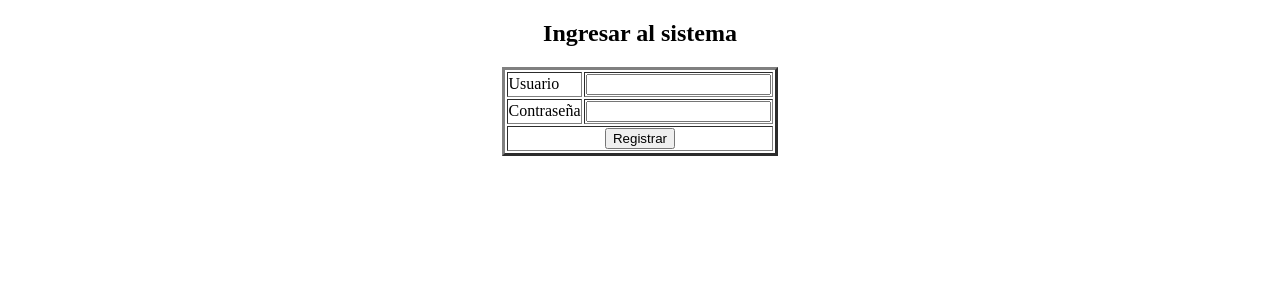
Repository: NayshaOCruz98/CL2ORTIZ
Page: http://localhost/LPII_CL2_ORTIZCRUZNAYSHA/
An editor plug-in stored every save of this project. The page is shown before and after the next save, followed by the edit.
The browser window is 1280 px wide. The pictures show the whole page.
The page is served by Tomcat 9.

Above is the page before, as saved 2023-10-24 20:12:43.

After the next save:
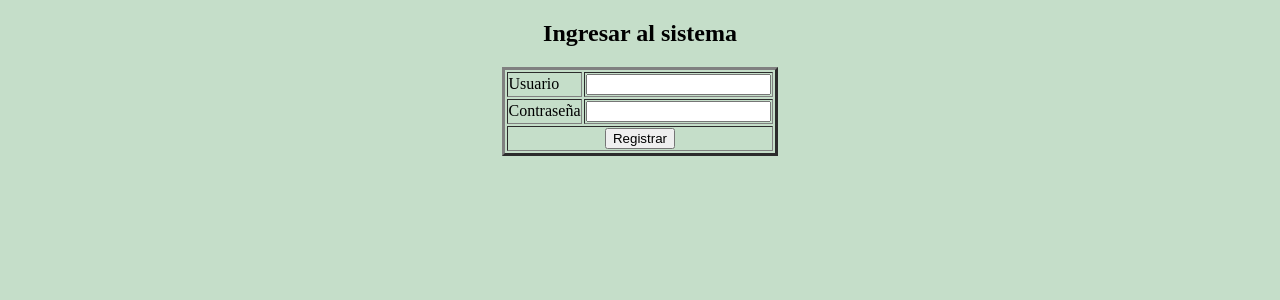
Saved 80 s later.
--- a/LPII_CL2_ORTIZCRUZNAYSHA/src/main/webapp/index.jsp
+++ b/LPII_CL2_ORTIZCRUZNAYSHA/src/main/webapp/index.jsp
@@ -7,7 +7,7 @@
 <meta http-equiv="Content-Type" content="text/html; charset=ISO-8859-1">
 <title>Ventana Usuario</title>
 </head>
-<body>
+<body bgcolor="#c5dec9">
 <h2 align="center">Ingresar al sistema</h2>
 
 <form action="ControladorServlet" method="post">
